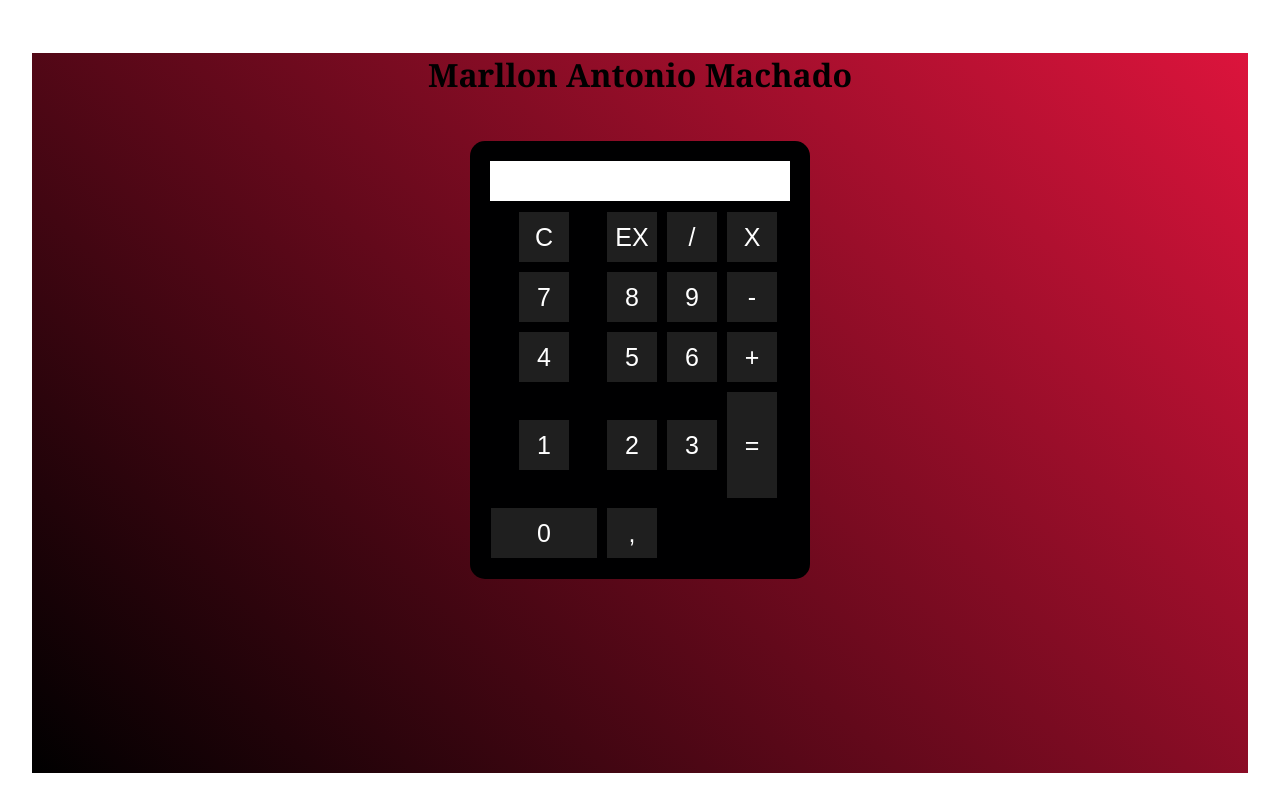
Repository: marllon-hetzler/calculadora.js
Page: interface.html
The author's editor kept a copy of each file at every save. The page is drawn from the files as they stood at one save, then again after the next save.
The browser window is 1280 px wide. The pictures show the whole page.

Above is the page before, as saved 2022-11-04 19:52:29.

After the next save:
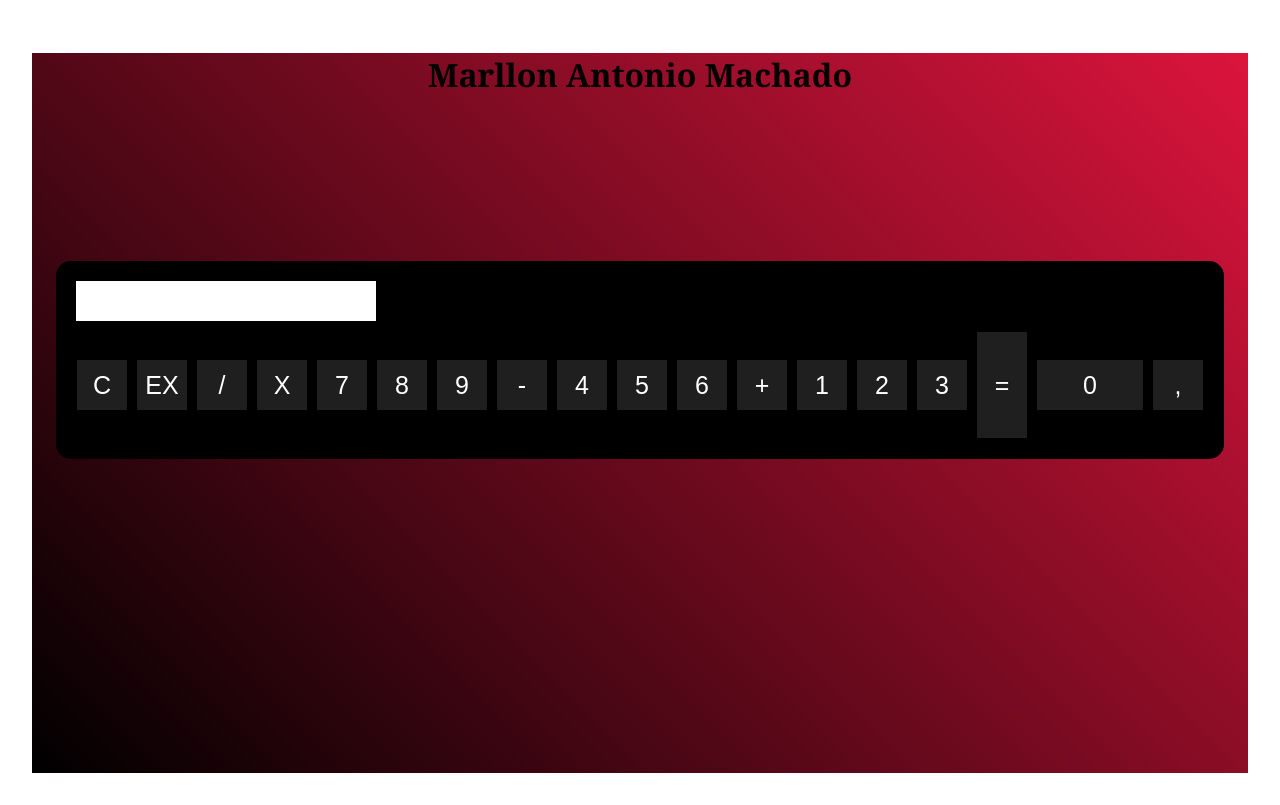
Saved 54 s later.
--- a/interface.html
+++ b/interface.html
@@ -73,26 +73,22 @@
                 <td><button class ="botao" onclick="back()">EX</button></td>
                 <td><button class ="botao" onclick="insert('/')">/</button></td>
                 <td><button class ="botao" onclick="insert('*')">X</button></td>
-            </tr>
-            <tr>
+
                 <td><button class ="botao" onclick="insert('7')">7</button></td>
                 <td><button class ="botao" onclick="insert('8')">8</button></td>
                 <td><button class ="botao" onclick="insert('9')">9</button></td>
                 <td><button class ="botao" onclick="insert('-')">-</button></td>
-            </tr>
-            <tr>
+
                 <td><button class ="botao" onclick="insert('4')">4</button></td>
                 <td><button class ="botao" onclick="insert('5')">5</button></td>
                 <td><button class ="botao" onclick="insert('6')">6</button></td>
                 <td><button class ="botao" onclick="insert('+')">+</button></td>
-            </tr>
-            <tr>
+
                 <td><button class ="botao" onclick="insert('1')">1</button></td>
                 <td><button class ="botao" onclick="insert('2')">2</button></td>
                 <td><button class ="botao" onclick="insert('3')">3</button></td>
                 <td><button class ="botao" style="height:106px;" onclick="calcular()">=</button></td>
-            </tr>
-            <tr>
+
                 <td><button class ="botao" style="width:106px ;" onclick="insert('0')">0</button></td>
                 <td><button class ="botao" onclick="insert(',')">,</button></td>
             </tr>
